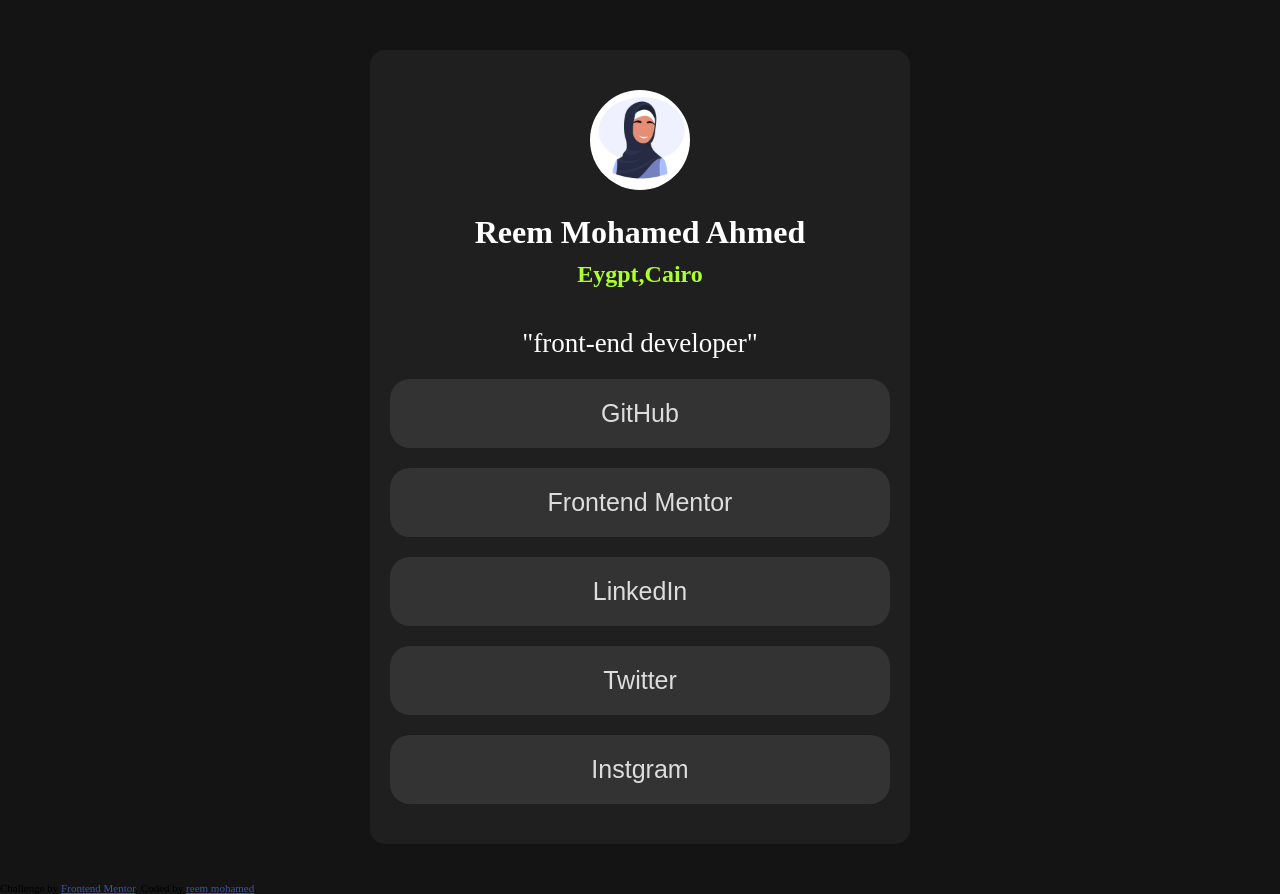
Repository: reemoon-ctrl/social_links_profile_main
Page: index.html
An editor plug-in stored every save of this project. The page is shown before and after a run of saves, followed by the edit.
The browser window is 1280 px wide. The pictures show the whole page.

Above is the page before, as saved 2024-07-23 10:40:38.

### index.html
<!DOCTYPE html>
<html lang="en">
<head>
  <meta charset="UTF-8">
  <meta name="viewport" content="width=device-width, initial-scale=1.0"> <!-- displays site properly based on user's device -->

  <link rel="icon" type="image/png" sizes="32x32" href="./assets/images/favicon-32x32.png">

  <title>Frontend Mentor | Social links profile</title>

  <!-- Feel free to remove these styles or customise in your own stylesheet 👍 -->
  <style>
    .attribution { font-size: 11px; text-align: center; }
    .attribution a { color: hsl(228, 45%, 44%); }
  </style>
  <link rel="stylesheet" href="index.css"/>
</head>
<body>
  <main>
    <div class="position-container">
      <div class="container">
      <div class="head-container">
      <img src="/depositphotos_668859444-stock-illustration-arab-woman-face-covered-hijab.jpg" alt="person-img">
      <h1>Reem Mohamed Ahmed</h1>
      <h2>Eygpt,Cairo</h2>
      <p>"front-end developer"</p>
      </div>
      <div class="form-container">
      <button>GitHub</button>
      <button>Frontend Mentor</button>
      <button>LinkedIn</button>
      <button>Twitter</button>
      <button>Instgram</button>
      </div>
    </div>
    </div>
 </main>
 <footer>
    <div class="attribution">
      Challenge by <a href="https://www.frontendmentor.io?ref=challenge" target="_blank">Frontend Mentor</a>.
      Coded by <a href="https://www.frontendmentor.io/reemoon-ctrl">reem mohamed</a>.
    </div>
 </footer>
</body>
</html>

### index.css
*{
    box-sizing: border-box;
    margin:0px;
    padding: 0px;
}

body{
    position: relative;

    min-height: 100vh;
    background: hsl(0, 0%, 8%);

}
.position-container{
    display: flex;
    flex-direction: column;
    /* border:1px solid #ddd; */
    margin :auto;
    width: 50%;
    padding:50px;
    min-height:100vh;
    align-items: center;
    justify-content: center;
    text-align: center;
    background:hsl(0, 0%, 8%);
}
.container{
    height:max-content;
    background: #1f1f1f;
    border-radius: 15px;
    padding: 40px 20px;
}

.form-container button{
    font-size: 25px;
    width:100%;
    padding:20px;
    border:0px;
}
img{
    width: 100px;
    height: 100px;
    border-radius:70px ;
    margin-bottom: 20px;
}
h1{
    margin-bottom: 10px;
    color:#fff;
}
h2{
    margin-bottom: 40px;
    color:greenyellow;
}
p{
    font-size: 27px;
    color:#fff;
}
button{
    margin-top: 20px;
    border-radius:20px;
    background: hsl(0, 0%, 20%);
    color:#ddd;
    cursor: pointer;

}
footer{
    position: absolute;
    bottom: 0px;
    margin: auto;
}

After the next 2 saves:
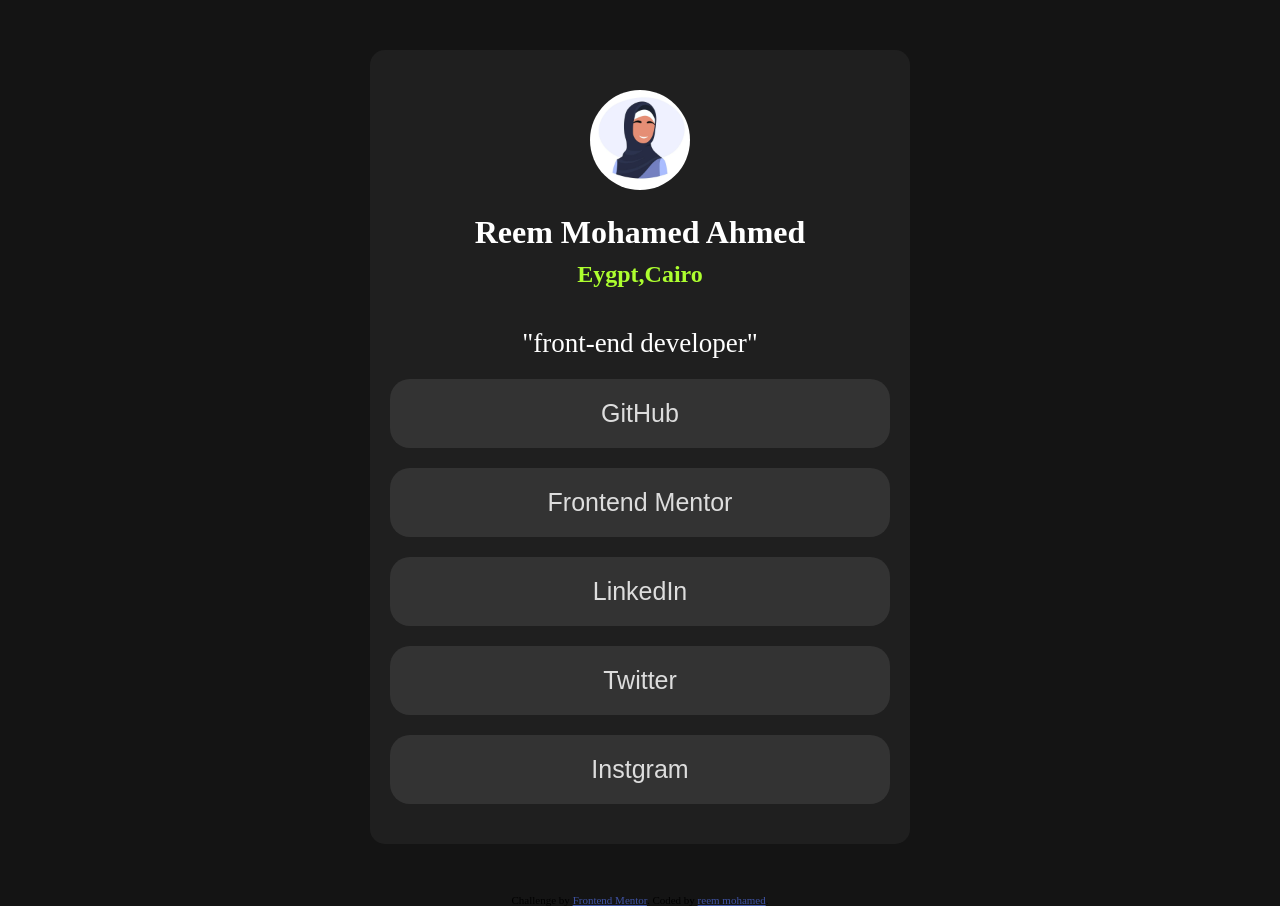
The 2 saves are shown as one change because they came seconds apart.
The last was saved 13 s later.
--- a/index.css
+++ b/index.css
@@ -63,6 +63,7 @@
     cursor: pointer;
 
 }
+butt
 footer{
     position: absolute;
     bottom: 0px;

After the 5 saves that followed:
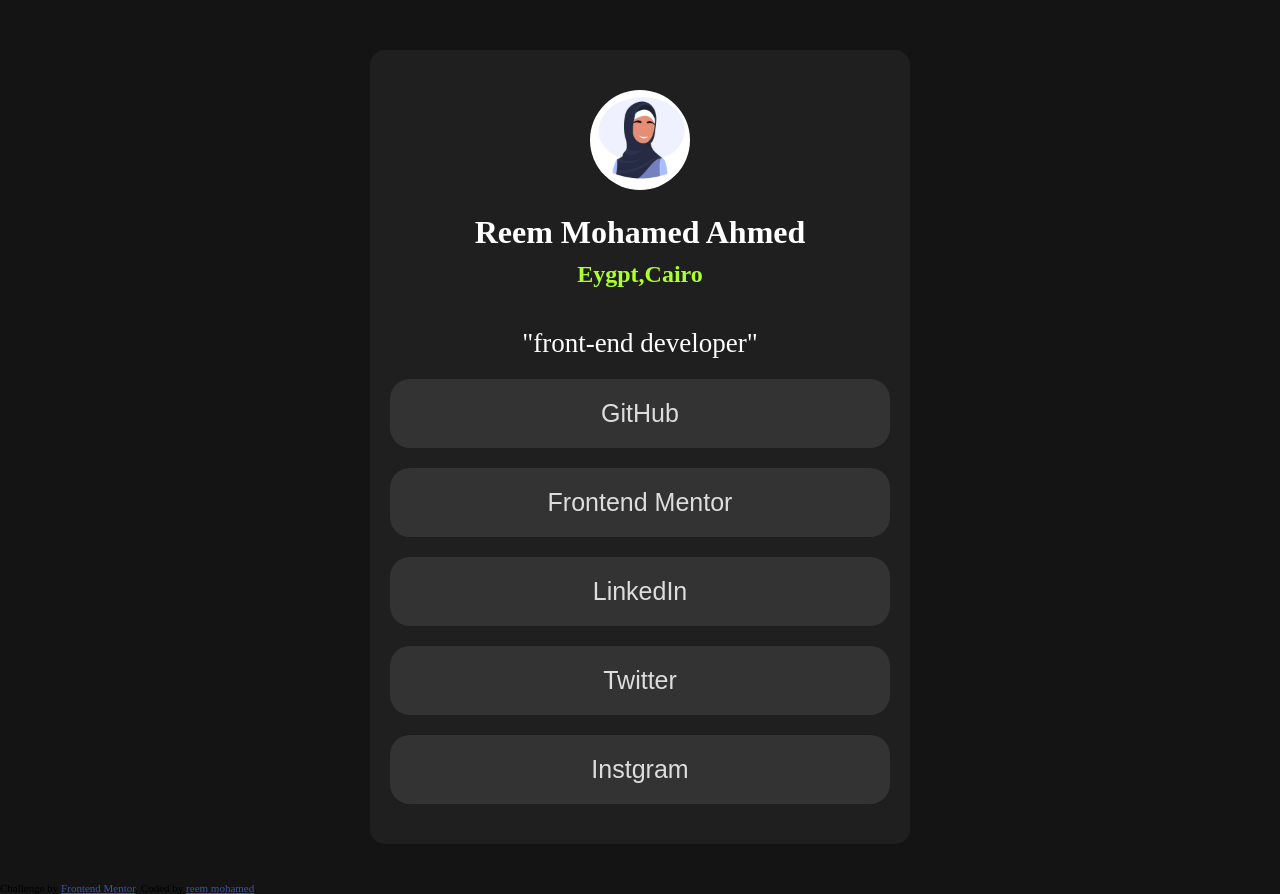
The 5 saves are shown as one change because they came seconds apart.
The last was saved 18 s later.
--- a/index.css
+++ b/index.css
@@ -63,7 +63,9 @@
     cursor: pointer;
 
 }
-butt
+button:hover{
+
+}
 footer{
     position: absolute;
     bottom: 0px;
